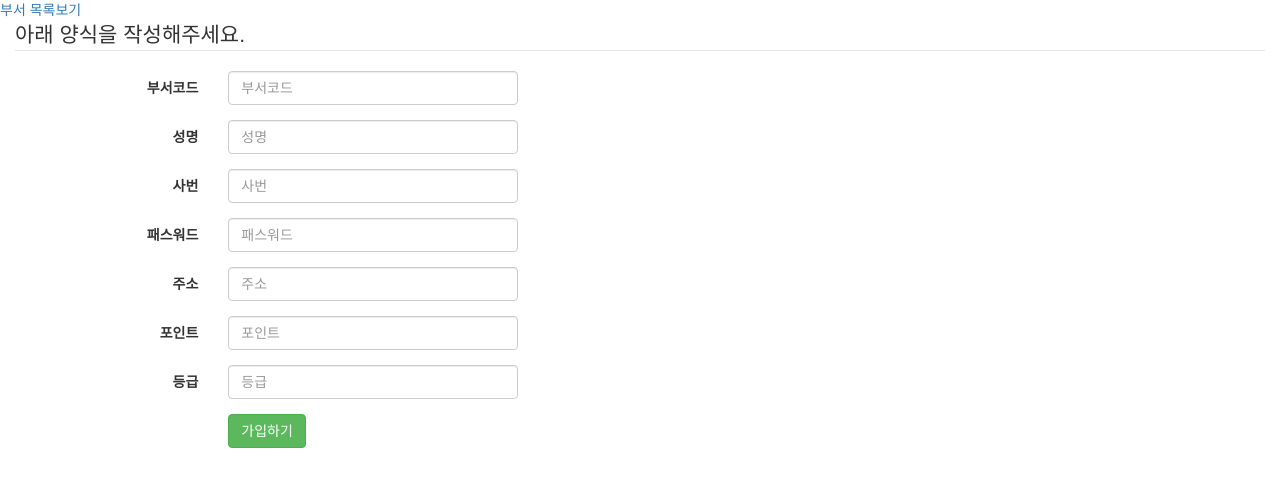
Repository: snowcuphea/webwork
Page: http://localhost/serverweb/member/register.jsp
An editor plug-in stored every save of this project. The page is shown before and after the next save, followed by the edit.
The browser window is 1280 px wide. The pictures show the whole page.
The page is served by Tomcat 9. Other server files are loaded and not shown.

Above is the page before, as saved 2020-01-20 04:58:01.

### serverweb/WebContent/member/register.jsp
<%@ page language="java" contentType="text/html; charset=EUC-KR"
    pageEncoding="EUC-KR"%>
<!DOCTYPE html>
<html>
<head>
<meta charset="EUC-KR">
<title>Insert title here</title>
 <link rel="stylesheet" href="http://maxcdn.bootstrapcdn.com/bootstrap/3.3.6/css/bootstrap.min.css">
  <script src="https://ajax.googleapis.com/ajax/libs/jquery/1.12.0/jquery.min.js"></script>
  <script src="http://maxcdn.bootstrapcdn.com/bootstrap/3.3.6/js/bootstrap.min.js"></script>
</head>
<body>
<div><a href="/serverweb/member/list.do">부서 목록보기</a></div><!-- 물리적 경로 아님 -->
	<div class="container-fluid">
			<form role="form" class="form-horizontal"
				action="/template/deptinsert.do" method="POST"
				name="myform">
				<fieldset>
					<div id="legend">
						<legend>아래 양식을 작성해주세요.</legend>
					</div>
					<div class="form-group">
						<!-- 부서코드 -->
						<label class="control-label col-sm-2" for="orgcode">부서코드</label>
						<div class="col-sm-3">
							<input type="text" id="orgcode" name="deptno"
								placeholder="부서코드" class="form-control"
								 required>
						</div>
					</div>



					<div class="form-group">
						<!-- 성명-->
						<label class="control-label col-sm-2" for="orgname">성명</label>
						<div class="col-sm-3">
							<input type="text" id="orgname" name="name"
								placeholder="성명" class="form-control" minlength="4" required>

						</div>
					</div>
					<div class="form-group">
						<!-- 사번-->
						<label class="control-label col-sm-2" for="id">사번</label>
						<div class="col-sm-3">
							<input type="text" id="id" name="id"
								placeholder="사번" class="form-control"
								minlength="4" required onkeyup="runAjax()">

						</div>
						<span id="checkVal"></span>
					</div>







					<div class="form-group">
						<!-- 패스워드-->
						<label class="control-label col-sm-2" for="pass">패스워드</label>
						<div class="col-sm-3">
							<input type="text" id="pass" name="pass"
								placeholder="패스워드" class="form-control" minlength="4" >

						</div>
					</div>
					<div class="form-group">
						<!-- 주소-->
						<label class="control-label col-sm-2" for="addr">주소</label>
						<div class="col-sm-3">
							<input type="text" id="addr" name="addr"
							placeholder="주소"
								class="form-control" minlength="4" required>

						</div>
					</div>
					<div class="form-group">
						<!-- 포인트-->
						<label class="control-label col-sm-2" for="point">포인트</label>
						<div class="col-sm-3">
							<input type="text" id="point" name="point"
							placeholder="포인트"
								class="form-control" minlength="4" required>

						</div>
					</div>
					<div class="form-group">
						<!-- 등급-->
						<label class="control-label col-sm-2" for="grade">등급</label>
						<div class="col-sm-3">
							<input type="text" id="grade" name="grade"
							placeholder="등급"
								class="form-control" minlength="4" required>

						</div>
					</div>
					<div class="form-group">
						<!-- Button -->
						<div class="col-sm-3 col-sm-offset-2">
							<input type="submit" value="가입하기" class="btn btn-success"/>
						</div>
					</div>
				</fieldset>
			</form>
	</div>
</body>
</html>

After the next save:
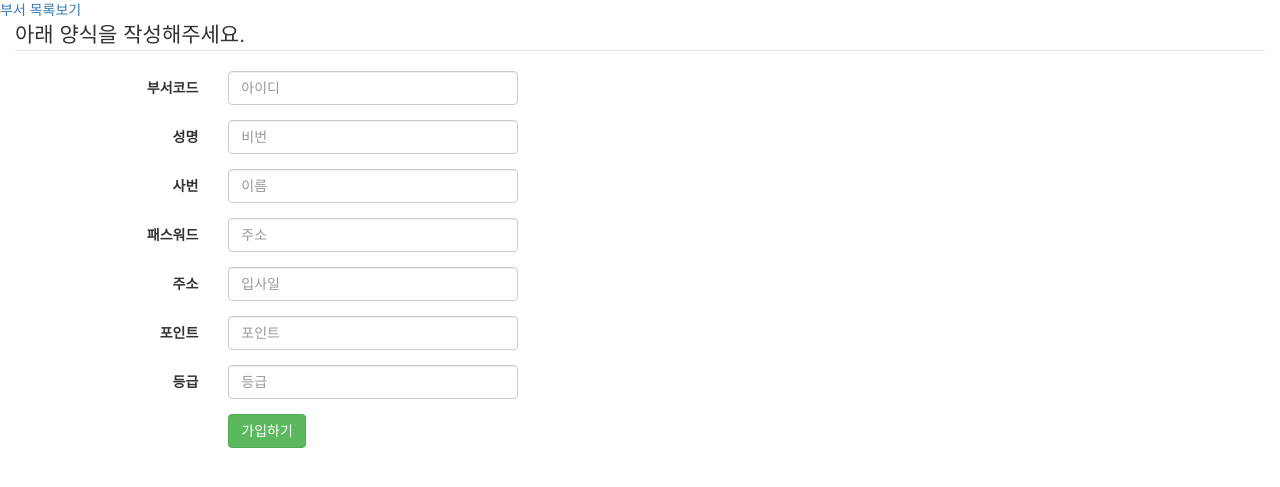
Saved 3 min 30 s later.
--- a/serverweb/WebContent/member/register.jsp
+++ b/serverweb/WebContent/member/register.jsp
@@ -24,7 +24,7 @@
 						<label class="control-label col-sm-2" for="orgcode">부서코드</label>
 						<div class="col-sm-3">
 							<input type="text" id="orgcode" name="deptno"
-								placeholder="부서코드" class="form-control"
+								placeholder="아이디" class="form-control"
 								 required>
 						</div>
 					</div>
@@ -36,7 +36,7 @@
 						<label class="control-label col-sm-2" for="orgname">성명</label>
 						<div class="col-sm-3">
 							<input type="text" id="orgname" name="name"
-								placeholder="성명" class="form-control" minlength="4" required>
+								placeholder="비번" class="form-control" minlength="4" required>
 
 						</div>
 					</div>
@@ -45,7 +45,7 @@
 						<label class="control-label col-sm-2" for="id">사번</label>
 						<div class="col-sm-3">
 							<input type="text" id="id" name="id"
-								placeholder="사번" class="form-control"
+								placeholder="이름" class="form-control"
 								minlength="4" required onkeyup="runAjax()">
 
 						</div>
@@ -63,7 +63,7 @@
 						<label class="control-label col-sm-2" for="pass">패스워드</label>
 						<div class="col-sm-3">
 							<input type="text" id="pass" name="pass"
-								placeholder="패스워드" class="form-control" minlength="4" >
+								placeholder="주소" class="form-control" minlength="4" >
 
 						</div>
 					</div>
@@ -72,7 +72,7 @@
 						<label class="control-label col-sm-2" for="addr">주소</label>
 						<div class="col-sm-3">
 							<input type="text" id="addr" name="addr"
-							placeholder="주소"
+							placeholder="입사일"
 								class="form-control" minlength="4" required>
 
 						</div>
